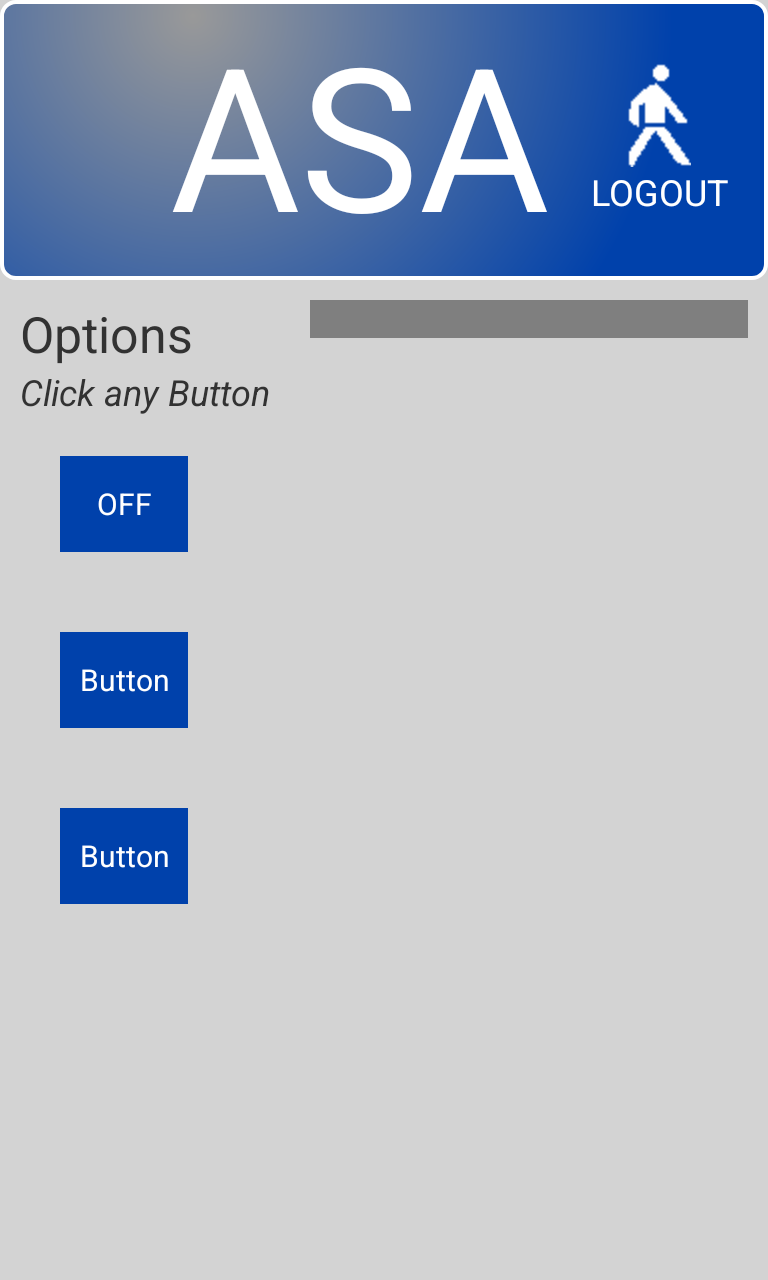
Repository: vinnare89/ASA
Layout: ASA/res/layout/asa_layout.xml
These files come from the project's save history. The layout is drawn as it stood at one moment and after the next save; the edit follows.
Pictures or frames that could not be fetched are drawn as grey boxes. It is drawn on a 768 x 1280 px phone screen (xhdpi) without system bars, with theme AppTheme; the app's code is not run.

Above is the layout before, as saved 2013-12-15 17:04:57.

### ASA/res/layout/asa_layout.xml
<?xml version="1.0" encoding="utf-8"?>
<LinearLayout xmlns:android="http://schemas.android.com/apk/res/android"
    android:layout_width="match_parent"
    android:layout_height="match_parent"
    android:background="#d3d3d3"
    android:orientation="vertical" >

    <RelativeLayout
        android:layout_width="match_parent"
        android:layout_height="wrap_content"
        android:background="@drawable/asa_header_background" >

        <TextView
            android:id="@+id/asa_header"
            android:layout_width="match_parent"
            android:layout_height="wrap_content"
            android:gravity="center_vertical|center_horizontal"
            android:text="@string/app_name_italic"
            android:textColor="#FFF"
            android:textSize="100sp" />

        <Button
            android:id="@+id/asa_logout_button"
            android:layout_width="wrap_content"
            android:layout_height="wrap_content"
            android:layout_alignParentRight="true"
            android:layout_centerVertical="true"
            android:layout_margin="20dp"
            android:background="@android:color/transparent"
            android:drawableTop="@drawable/mensch_small"
            android:text="@string/main_menu_logout"
            android:textColor="#FFF" />

        <View
            android:layout_width="fill_parent"
            android:layout_height="140dp"
            android:layout_alignParentLeft="true"
            android:layout_alignParentTop="true"
            android:layout_below="@id/asa_logout_button"
            android:background="@android:color/transparent" />
    </RelativeLayout>

    <LinearLayout
        android:layout_width="fill_parent"
        android:layout_height="fill_parent"
        android:gravity="center_horizontal" >

        <LinearLayout
            android:layout_width="wrap_content"
            android:layout_height="fill_parent"
            android:layout_alignParentLeft="true"
            android:layout_margin="@dimen/asa_margin_top"
            android:orientation="vertical" >

            <TextView
                android:id="@+id/textView3"
                android:layout_width="wrap_content"
                android:layout_height="wrap_content"
                android:text="@string/asa_control_header"
                android:textSize="25sp" />

            <TextView
                android:id="@+id/textView4"
                android:layout_width="wrap_content"
                android:layout_height="wrap_content"
                android:text="@string/asa_control_subheader"
                android:textSize="18sp"
                android:textStyle="italic" />

            <ToggleButton
                style="@style/AsaControlButton"
                android:id="@+id/toggleButton1"
                android:layout_width="wrap_content"
                android:layout_height="wrap_content"
                android:text="ToggleButton" />

            <Button
                style="@style/AsaControlButton"
                android:id="@+id/button1"
                android:layout_width="wrap_content"
                android:layout_height="wrap_content"
                android:text="Button" />

            <Button
                style="@style/AsaControlButton"
                android:id="@+id/button2"
                android:layout_width="wrap_content"
                android:layout_height="wrap_content"
                android:text="Button" />
        </LinearLayout>

        <LinearLayout
            android:layout_width="match_parent"
            android:layout_height="fill_parent"
            android:layout_alignParentRight="true"
            android:layout_margin="@dimen/asa_margin_top"
            android:orientation="vertical" >

            <LinearLayout
                android:id="@+id/control_room_layout_background"
                android:layout_width="fill_parent"
                android:layout_height="wrap_content"
                android:orientation="vertical" >

                <fragment
                    android:id="@+id/map"
                    android:name="com.google.android.gms.maps.MapFragment"
                    android:layout_width="match_parent"
                    android:layout_height="match_parent" />
            </LinearLayout>
        </LinearLayout>
    </LinearLayout>

</LinearLayout>

### ASA/res/values/styles.xml
<resources xmlns:android="http://schemas.android.com/apk/res/android">

    <!--
        Base application theme, dependent on API level. This theme is replaced
        by AppBaseTheme from res/values-vXX/styles.xml on newer devices.
    -->
    <style name="AppBaseTheme" parent="android:Theme.Light">
        <!--
            Theme customizations available in newer API levels can go in
            res/values-vXX/styles.xml, while customizations related to
            backward-compatibility can go here.
        -->
    </style>

    <!-- Application theme. -->
    <style name="AppTheme" parent="AppBaseTheme">
        <!-- All customizations that are NOT specific to a particular API-level can go here. -->
        <item name="android:windowNoTitle">true</item>
    	<item name="android:windowFullscreen">true</item>
    </style>

    <style name="MainMenuButton">
        <item name="android:layout_width">200px</item>
        <item name="android:layout_height">200px</item>
        <item name="android:textColor">#FFFFFF</item>
        <item name="android:textSize">25sp</item>
        <item name="android:background">@color/autobahn_blau</item>
        <item name="android:layout_margin">20dp</item>
    </style>

    <style name="AsaControlButton">
        <item name="android:layout_width">200dp</item>
        <item name="android:layout_height">600dp</item>
        <item name="android:textColor">#FFFFFF</item>
        <item name="android:textSize">15sp</item>
        <item name="android:background">@color/autobahn_blau</item>
        <item name="android:layout_margin">20dp</item>
    </style>

</resources>

### ASA/res/drawable/asa_header_background.xml
<?xml version="1.0" encoding="UTF-8"?>
<shape xmlns:android="http://schemas.android.com/apk/res/android"
     android:shape="rectangle">
     <stroke android:width="2dp" android:color="#FFFFFFFF" />
     <gradient android:layout_gravity="right" android:type="radial" android:gradientRadius="480"
        android:centerX="25%" android:centerY="5%"
        android:startColor="#999999" android:endColor="@color/autobahn_blau" />

    <corners android:bottomRightRadius="7dp" android:bottomLeftRadius="7dp"
     android:topLeftRadius="7dp" android:topRightRadius="7dp"/>
</shape>

### ASA/res/values/strings.xml
<?xml version="1.0" encoding="utf-8"?>
<resources>

    <string name="app_name">ASA</string>
    <string name="action_settings">Settings</string>
    <string name="hello_world">Hello world!</string>
    <string name="app_name_italic">ASA&#160;</string>

    <!-- Login Menu -->
    <string name="login_subheader">- Die Autofahrer Service App -</string>
    <string name="login_username">Username</string>
    <string name="login_password">Password</string>
    <string name="login_submit">Submit</string>

    <!-- Main Menu -->
    <string name="main_menu_lkw">LKW</string>
    <string name="main_menu_pkw">PKW</string>
    <string name="main_menu_bus">Bus</string>
    <string name="main_menu_alarm">Wecker</string>
    <string name="main_menu_activities">Aktivitäten</string>
    <string name="main_menu_information">Informationen</string>
    <string name="main_menu_logout">LOGOUT</string>

    <!-- Asa Activity -->
    <string name="asa_control_header">Options</string>
    <string name="asa_control_subheader">Click any Button</string>

</resources>

### ASA/res/values/color.xml
<?xml version="1.0" encoding="utf-8"?>
<resources>
    <color name="autobahn_blau">#0041AB</color>
</resources>

Loaded but not shown: ASA/res/values-v11/styles.xml (common file); ASA/res/values-v14/styles.xml (common file); ASA/res/values/dimens.xml (common file)

After the next save:
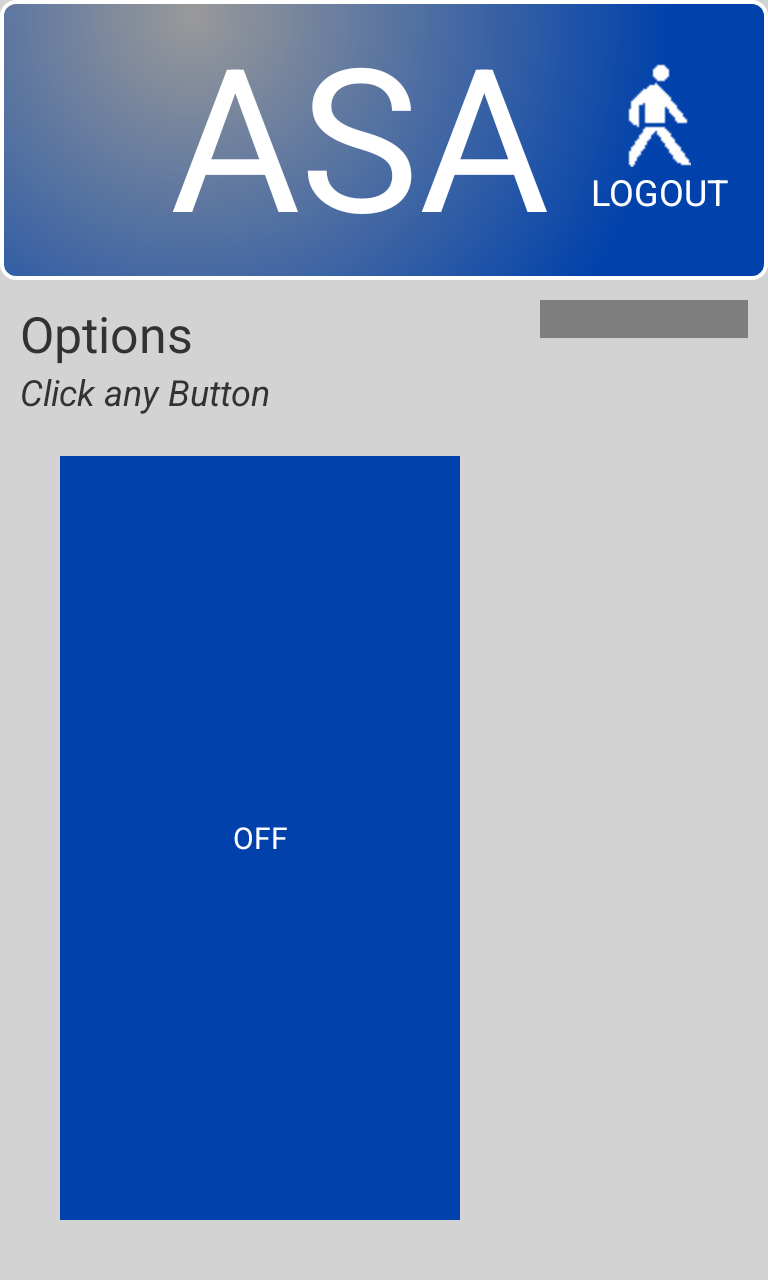
Saved 61 s later.
--- a/ASA/res/values/styles.xml
+++ b/ASA/res/values/styles.xml
@@ -29,8 +29,8 @@
     </style>
 
     <style name="AsaControlButton">
-        <item name="android:layout_width">200dp</item>
-        <item name="android:layout_height">600dp</item>
+        <item name="android:minWidth">200dp</item>
+        <item name="android:minHeight">600dp</item>
         <item name="android:textColor">#FFFFFF</item>
         <item name="android:textSize">15sp</item>
         <item name="android:background">@color/autobahn_blau</item>
